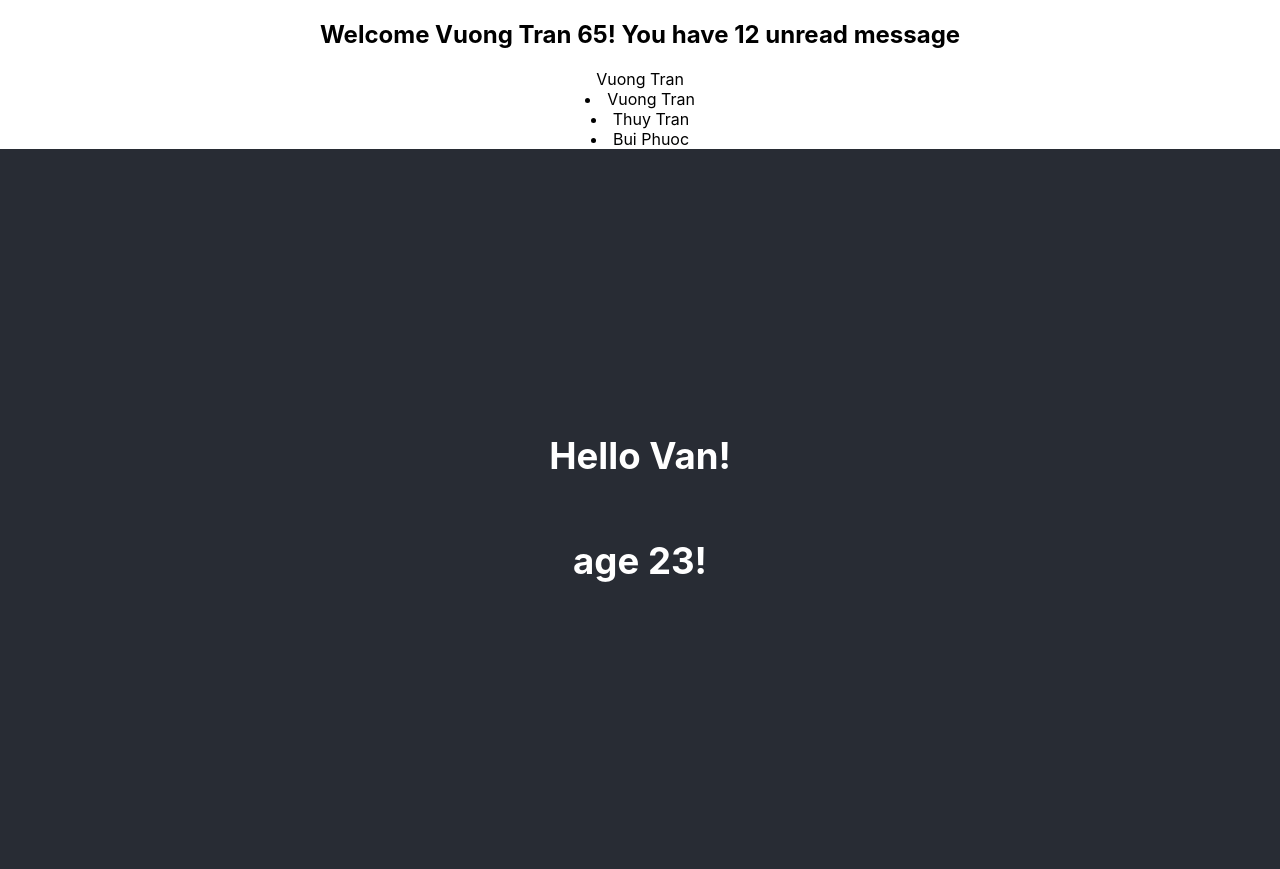
Repository: vuongtm1999/ALTA-exercise-1
Page: /
The author's editor kept a copy of each file at every save. The page is drawn from the files as they stood at one save, then again after the next save.
The browser window is 1280 px wide. The pictures show the whole page.
The project was rebuilt for these pictures with package versions that can differ from the ones it lists, and the page was loaded fresh each time.

Above is the page before, as saved 2022-10-25 16:29:29.

After the next save:
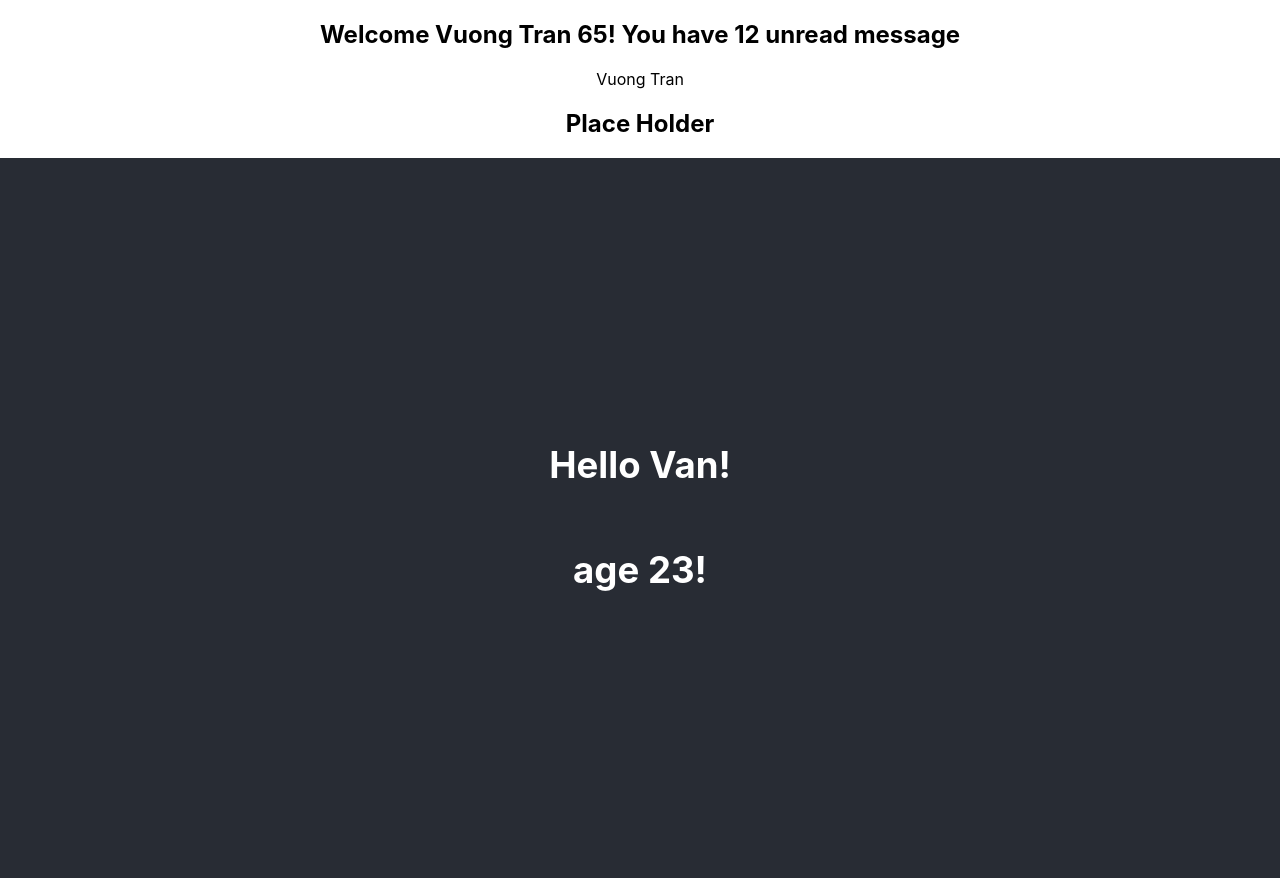
Saved 10 min 46 s later.
--- a/src/components/PersonList.tsx
+++ b/src/components/PersonList.tsx
@@ -7,10 +7,6 @@ type PersonListProps = {
 
 export const PersonList = (props: PersonListProps) => {
     return (
-        <div>
-            {props.names.map(name => {
-                return <li>{name.firstName} {name.lastName}</li>
-            })}
-        </div>
+        <h2>Place Holder </h2>
      );
 }
